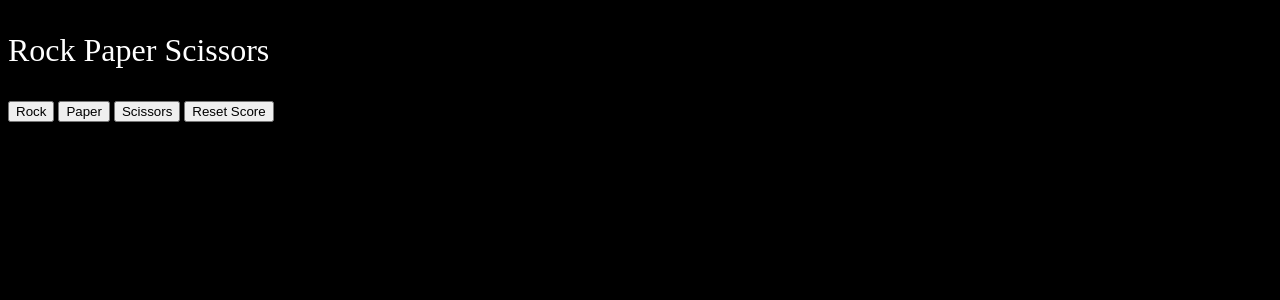
Repository: pgyunknown/Rock_paper_scissors-
Page: index.html
The author's editor kept a copy of each file at every save. The page is drawn from the files as they stood at one save, then again after a run of saves.
The browser window is 1280 px wide. The pictures show the whole page.

Above is the page before, as saved 2024-08-30 16:54:03.

After the next 2 saves:
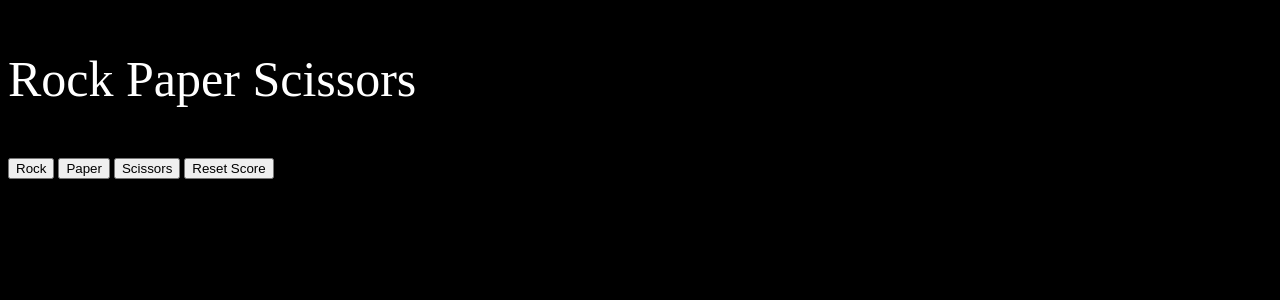
The 2 saves are shown as one change because they came seconds apart.
The last was saved 13 s later.
--- a/index.css
+++ b/index.css
@@ -3,5 +3,5 @@ body{
   color: white;
 }
 .title{
-  font-size: xx-large;
+  font-size: 50px;
 }
